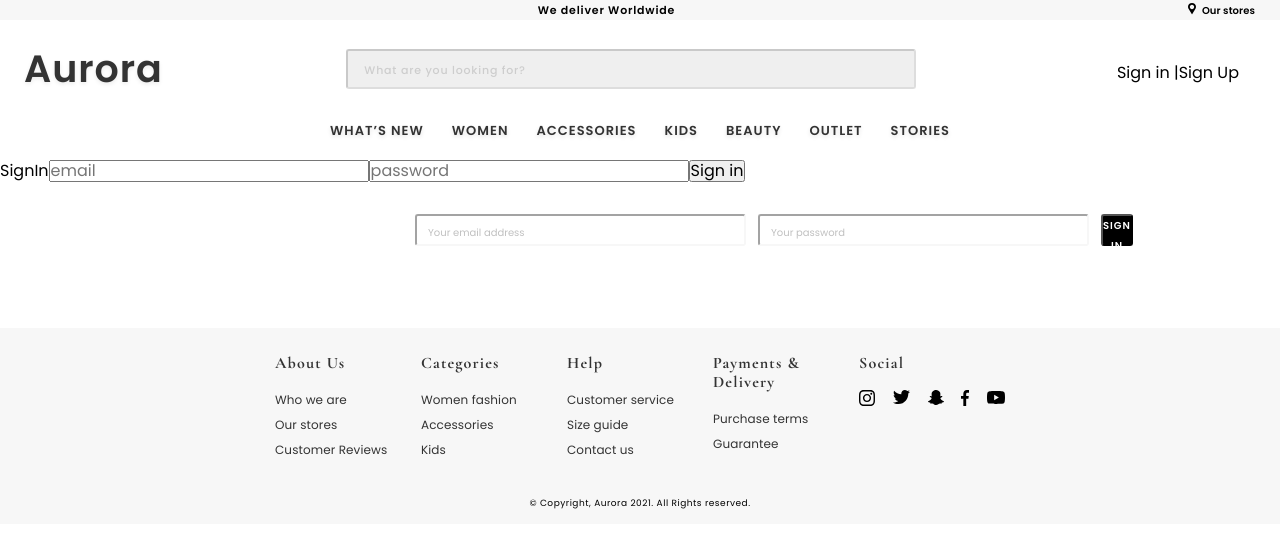
Repository: YuraKrvz/aurora-react-redux-toolkit-firebase
Page: /signIn
The author's editor kept a copy of each file at every save. The page is drawn from the files as they stood at one save, then again after the next save.
The browser window is 1280 px wide. The pictures show the whole page.
The project was rebuilt for these pictures with package versions that can differ from the ones it lists, and the page was loaded fresh each time. Also part of the build but not shown: src/components/MainSection/MainSection.jsx, src/pages/HomeGuest.jsx, src/pages/HomeUser.jsx, src/pages/SignUp.jsx.

Above is the page before, as saved 2021-11-29 13:07:59.

After the next save:
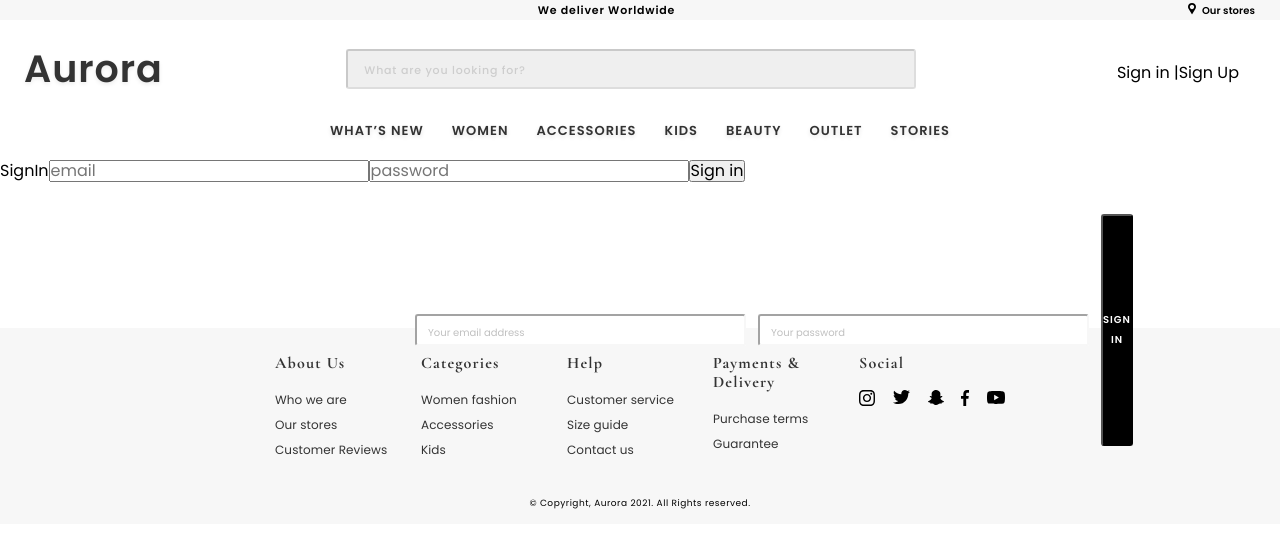
Saved 22 s later.
--- a/src/components/MainSection/MainSection.module.css
+++ b/src/components/MainSection/MainSection.module.css
@@ -54,8 +54,8 @@
    font-size: 10px;
 }
 .section_register_btn{
-   width: 94px;
-   height: 32px;
+   width: 294px;
+   height: 232px;
    border-radius: 3px;
    /* border: transparent; */
    background-color: var(--color-very-black);
